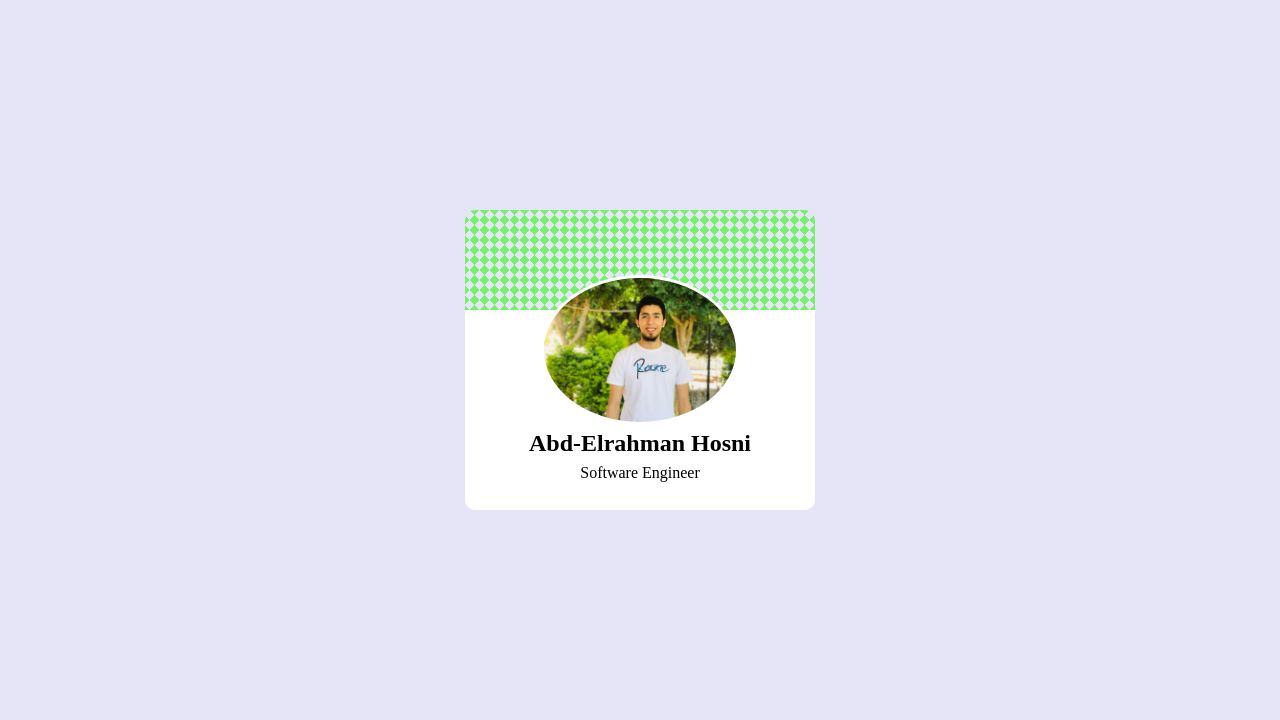
Repository: Abdo-Hosni123/Html-and-css-projects
Page: index.html
These files come from the project's save history. The page is drawn as it stood at one moment and after the next save; the edit follows.
The browser window is 1280 px wide. The pictures show the whole page.

Above is the page before, as saved 2023-12-05 22:31:26.

### index.html
<!DOCTYPE html>
<html lang="en">
<head>
    <meta charset="UTF-8">
    <meta name="viewport" content="width=device-width, initial-scale=1.0">
    <title>Abd-Elrahman Honsi's profile component</title>
    <link rel="stylesheet" href="Style.css">
</head>
<body>
    <div class="container">
        <article class="card">
            <div class="top"></div>
            <div class="middle">
                <img src="./assets/mypicture.jpg" alt="picture of Abdelrahman Hosni" class="card-img">
                <h2>Abd-Elrahman Hosni</h2>
                <p>Software Engineer</p>
            </div>
            <div class="bottom"></div>
        </article>

    </div>
</body>
</html>

### Style.css

*, *::before, *::after {
box-sizing: border-box;
}
* {
margin: 0;
}
body {
line-height: 1.5;
-webkit-font-smoothing: antialiased;
}

img, picture, video, canvas, svg {
display: block;
max-width: 100%;
}

input, button, textarea, select {
font: inherit;
}

p, h1, h2, h3, h4, h5, h6 {
overflow-wrap: break-word;
}

#root, #__next {
isolation: isolate;
}
.container{
    display: flex;
    align-items: center;
    justify-content: center;
    min-height: 100vh;
    background-color: #e5e5f7;

}
.card {
    display: flex;
    flex-direction: column;
    min-width: 350px;
    border-radius: 10px;
    overflow: hidden;
}
.top {
    height: 100px;
    background-color: #e5e5f7;
    opacity: 0.8;
    background-image:  linear-gradient(135deg, #58f745 25%, transparent 25%), linear-gradient(225deg, #58f745 25%, transparent 25%), linear-gradient(45deg, #58f745 25%, transparent 25%), linear-gradient(315deg, #58f745 25%, #e5e5f7 25%);
    background-position:  10px 0, 10px 0, 0 0, 0 0;
    background-size: 10px 10px;
    background-repeat: repeat;
    z-index: 1;
}
.middle{
    display: flex;
    flex-direction: column;
    justify-content: center;
    align-items: center;
    background-color: white;
    height: 200px;
}
.card-img{
    margin-top: -60px;
    border-radius: 50%;
    border: 3px solid white;
    height: 150px;
    z-index: 2;

}

After the next save:
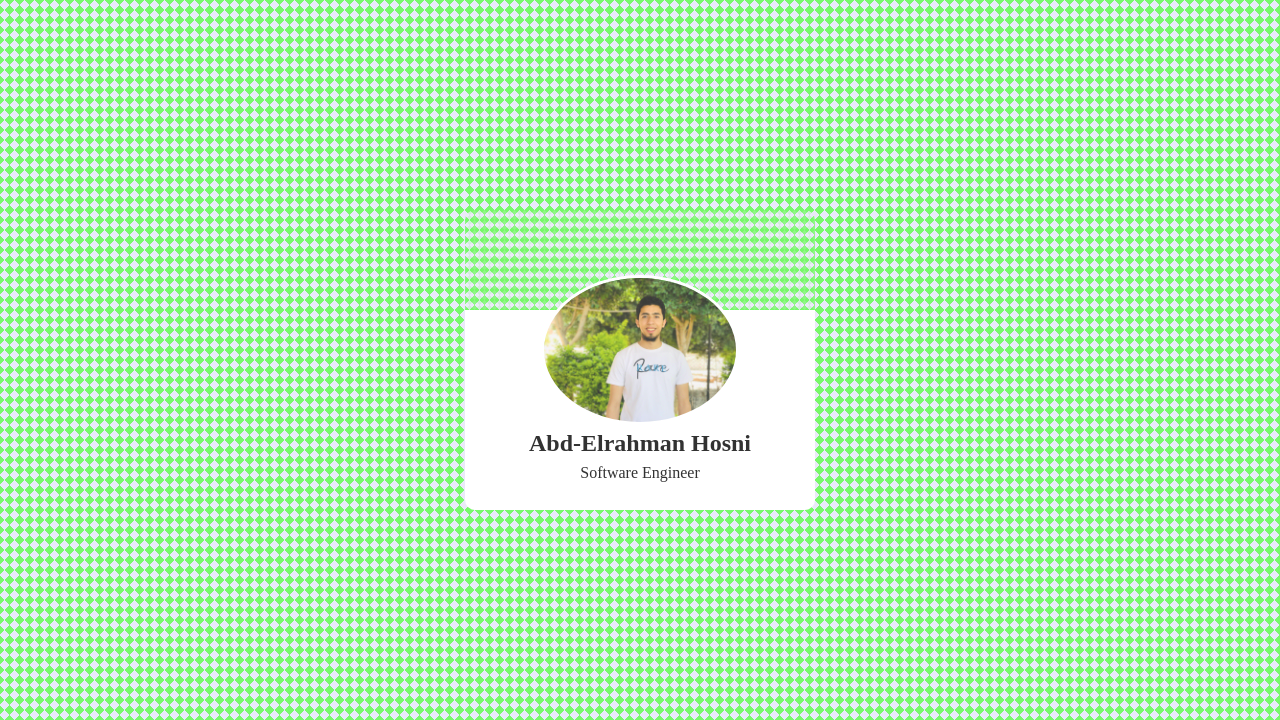
Saved 110 s later.
--- a/Style.css
+++ b/Style.css
@@ -32,6 +32,11 @@ isolation: isolate;
     justify-content: center;
     min-height: 100vh;
     background-color: #e5e5f7;
+    opacity: 0.8;
+    background-image:  linear-gradient(135deg, #58f745 25%, transparent 25%), linear-gradient(225deg, #58f745 25%, transparent 25%), linear-gradient(45deg, #58f745 25%, transparent 25%), linear-gradient(315deg, #58f745 25%, #e5e5f7 25%);
+    background-position:  10px 0, 10px 0, 0 0, 0 0;
+    background-size: 10px 10px;
+    background-repeat: repeat;
 
 }
 .card {
